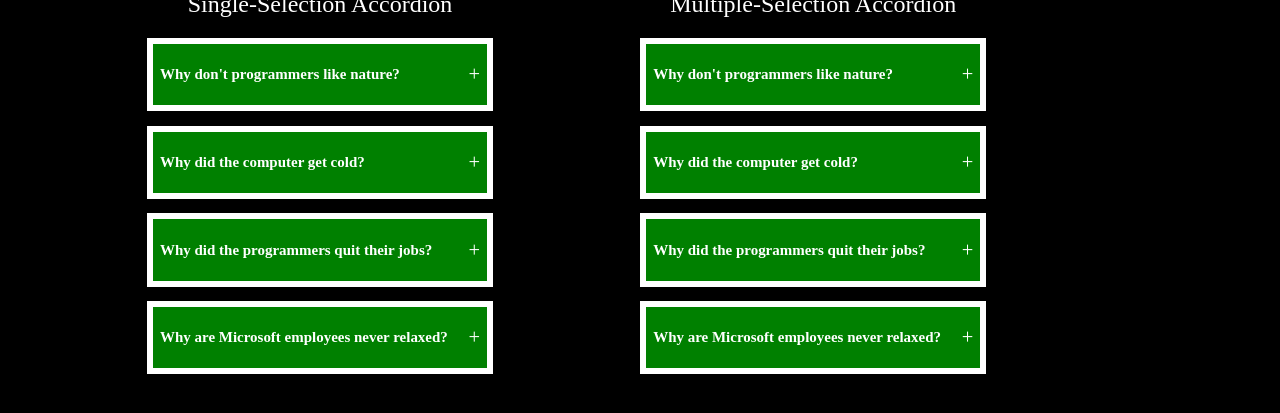
Repository: kosenijr/react-projects
Page: / (app in accordion/)
The author's editor kept a copy of each file at every save. The page is drawn from the files as they stood at one save, then again after the next save.
The browser window is 1280 px wide. The pictures show the whole page.
The project was rebuilt for these pictures with package versions that can differ from the ones it lists, and the page was loaded fresh each time.

Above is the page before, as saved 2024-03-03 12:52:50.

### accordion/src/App.js
import React from "react";
import "./App.css";
import SingleSelection from "./components/SingleSelection";
import MultiSelection from "./components/MultiSelection";

function App() {
  return (
    <div className="App">
      <SingleSelection />
      <MultiSelection />
    </div>
  );
}

export default App;

### accordion/src/App.css
.App {
  height: 100vh;
  width: 100vw;
  text-align: center;
  display: flex;
  background-color: black;
  color: white;
}

### accordion/src/components/SingleSelection.js
import React, { useState } from "react";
import "../styles/SingleSelection.css";
import data from "../data";

function SingleSelection() {
  // setting up useState.
  const [selected, setSelected] = useState(null);
  // setting up handling
  const handleSingleSelection = (getCurrentId) => {
    console.log(selected, getCurrentId);
    // setSelected(getCurrentId === selected ? null : getCurrentId); // keep add condition for closure
    setSelected(selected !== getCurrentId ? getCurrentId : null);
  };

  return (
    <div className="single-selection-wrapper">
      {/* Single-Selection Accordion */}
      <div className="single-selection-accordion">
        <h2 className="single-selection-description">Single-Selection Accordion</h2>
        {data && data.length > 0 ? (
          data.map((dataItem) => (
            <div className="single-selection-item" key={dataItem.id} onClick={() => handleSingleSelection(dataItem.id)}>
              {/* always remember to add key */}
              <div className="single-selection-title">
                <h3>{dataItem.question}</h3>
                <span className="single-selection-span">{selected === dataItem.id ? "-" : "+"}</span>
              </div>
              {selected === dataItem.id ? (
                <div className="single-selection-content ">{dataItem.answer}</div>
              ) : null}
            </div>
          ))
        ) : (
          <div>No data found!</div>
        )}
      </div>
    </div>
  );
}

export default SingleSelection;

### accordion/src/components/MultiSelection.js
import React, { useState } from "react";
import "../styles/MultiSelection.css";
import data from "../data";

function MultiSelection() {
  // setting up useState.
  const [selected, setSelected] = useState(null);
  // setting up handling
  const handleMultiSelection = (getCurrentId) => {
    console.log(selected, getCurrentId);
    // setSelected(getCurrentId === selected ? null : getCurrentId); // keep add condition for closure
    setSelected(selected !== getCurrentId ? getCurrentId : null);
  };

  return (
    <div className="multi-selection-wrapper">
      {/* Multi-Selection Accordion */}
      <div className="multi-selection-accordion">
        <h2 className="multi-selection-description">Multiple-Selection Accordion</h2>
        {data && data.length > 0 ? (
          data.map((dataItem) => (
            <div className="multi-selection-item" key={dataItem.id} onClick={() => handleMultiSelection(dataItem.id)}>
              {/* always remember to add key */}
              <div className="multi-selection-title">
                <h3>{dataItem.question}</h3>
                <span className="multi-selection-span">{selected === dataItem.id ? "-" : "+"}</span>
              </div>
              {selected === dataItem.id ? (
                <div className="multi-selection-content ">{dataItem.answer}</div>
              ) : null}
            </div>
          ))
        ) : (
          <div>No data found!</div>
        )}
      </div>
    </div>
  );
}

export default MultiSelection;

### accordion/src/styles/SingleSelection.css
.single-selection-wrapper {
  display: flex;
  justify-content: space-evenly;
  align-items: center;
  height:50vh;
  width: 50vw;
}

.single-selection-description {
  font-family: "Raleway";
  font-weight: 500;
}

.single-selection-item {
  background-color: green;
  color: white;
  font-size: 0.8em;
  font-family: "Raleway", "Times New Roman";
  margin: 2vh 0;
  padding: 1vh;
  width: 25vw;
  border: 0.5em solid white;
  cursor: pointer;
}

.single-selection-title {
  display: flex;
  justify-content: space-between;
  align-items: center;
}

.single-selection-span {
  font-size: 1.6em;;
}

.single-selection-content {
  display: flex;
  justify-content: space-between;
  color: burlywood;
  align-items: left;
  font-size: 1.2em;
  font-family:  "Raleway", "Times New Roman";
  font-weight: 600;

}

### accordion/src/data.js
const data = [
  {
    id: 1,
    question: "Why don't programmers like nature?",
    answer: "It has too many bugs!",
  },

  {
    id: 2,
    question: "Why did the computer get cold?",
    answer: "It left its Windows open.",
  },

  {
    id: 3,
    question: "Why did the programmers quit their jobs?",
    answer: "Because they didn't get arrays!",
  },

  {
    id: 4,
    question: "Why are Microsoft employees never relaxed?",
    answer: "Because they're always on Edge.",
  },
];

export default data;

### accordion/src/styles/MultiSelection.css
.multi-selection-wrapper {
  display: flex;
  justify-content: space-evenly;
  align-items: center;
  height: 50vh;
  /* width: 50vw; */
  float: right;
}

.multi-selection-description {
  font-family: "Raleway";
  font-weight: 500;
}

.multi-selection-item {
  background-color: green;
  color: white;
  font-size: 0.8em;
  font-family: "Raleway", "Times New Roman";
  margin: 2vh 0;
  padding: 1vh;
  width: 25vw;
  border: 0.5em solid white;
  cursor: pointer;
}

.multi-selection-title {
  display: flex;
  justify-content: space-between;
  align-items: center;
}

.multi-selection-span {
  font-size: 1.6em;
}

.multi-selection-content {
  display: flex;
  justify-content: space-between;
  color: burlywood;
  align-items: left;
  font-size: 1.2em;
  font-family: "Raleway", "Times New Roman";
  font-weight: 600;
}

Loaded but not shown: accordion/public/index.html (common file); accordion/src/index.js (common file); accordion/src/index.css (common file); accordion/src/reportWebVitals.js (common file)

After the next save:
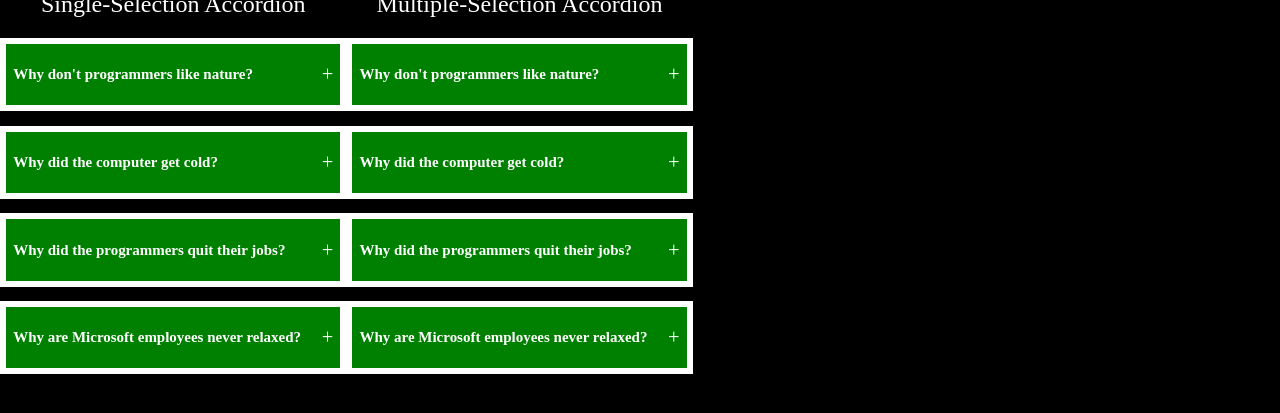
Saved 5 s later.
--- a/accordion/src/styles/SingleSelection.css
+++ b/accordion/src/styles/SingleSelection.css
@@ -3,7 +3,7 @@
   justify-content: space-evenly;
   align-items: center;
   height:50vh;
-  width: 50vw;
+  /* width: 50vw; */
 }
 
 .single-selection-description {

After the save that followed:
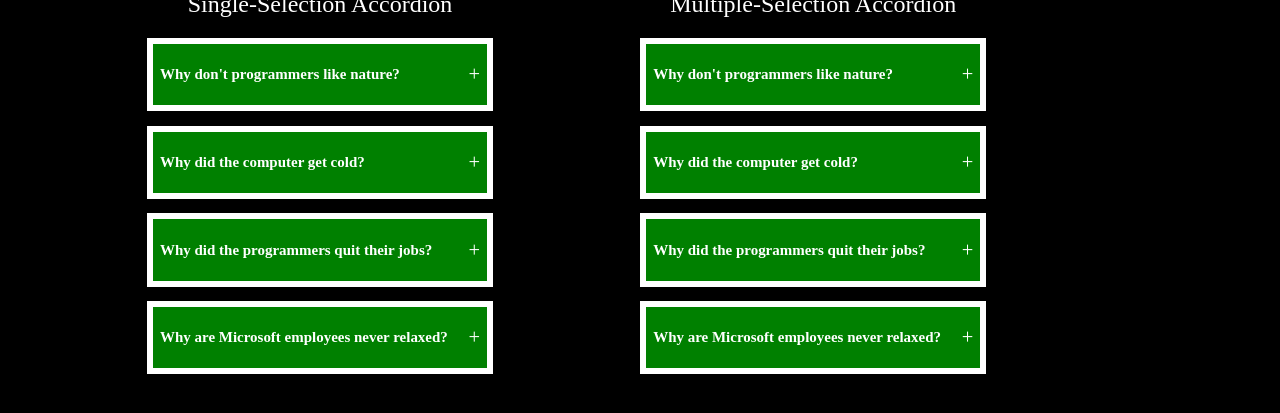
Saved 6 s later.
--- a/accordion/src/styles/SingleSelection.css
+++ b/accordion/src/styles/SingleSelection.css
@@ -3,7 +3,7 @@
   justify-content: space-evenly;
   align-items: center;
   height:50vh;
-  /* width: 50vw; */
+  width: 50vw;
 }
 
 .single-selection-description {
